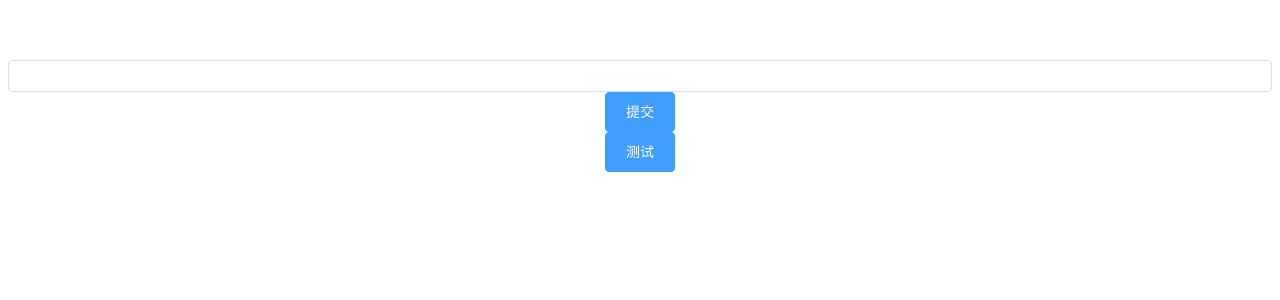
Repository: liuzhilin-lzl/vue-project
Page: /
The author's editor kept a copy of each file at every save. The page is drawn from the files as they stood at one save, then again after a run of saves.
The browser window is 1280 px wide. The pictures show the whole page.
The project was rebuilt for these pictures with package versions that can differ from the ones it lists, and the page was loaded fresh each time.

Above is the page before, as saved 2021-11-20 21:40:04.

After the next 2 saves:
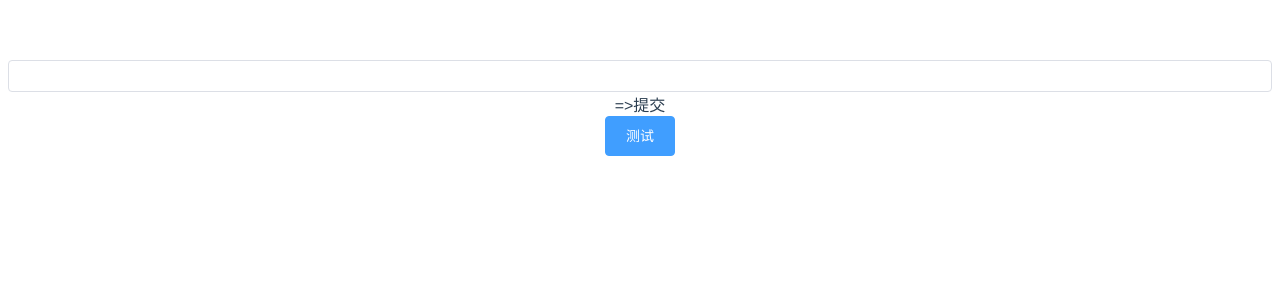
The 2 saves are shown as one change because they came seconds apart.
The last was saved 5 s later.
--- a/src/components/selectModal/InputModal.vue
+++ b/src/components/selectModal/InputModal.vue
@@ -10,7 +10,7 @@
 <template>
   <div>
     <el-input size="small" :value="value" ></el-input>
-    <el-button type="primary" >提交</el-button>
+    <el-button type="primary" @click=>提交</el-button>
   </div>
 </template>
 <script>

After the save that followed:
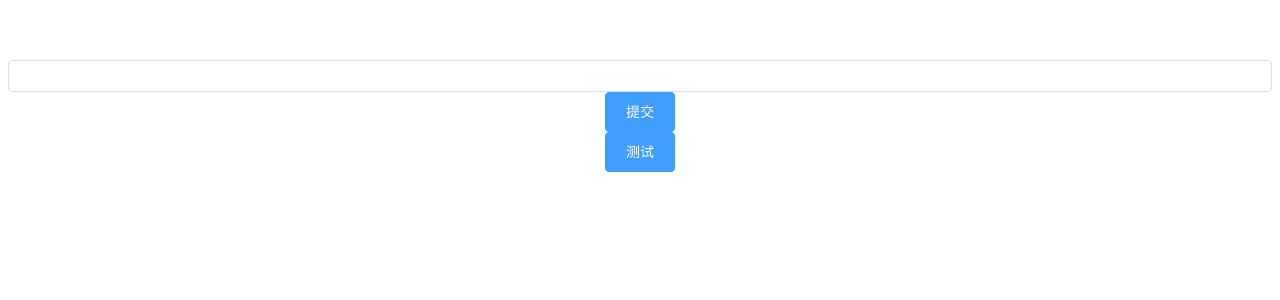
Saved 6 s later.
--- a/src/components/selectModal/InputModal.vue
+++ b/src/components/selectModal/InputModal.vue
@@ -10,7 +10,7 @@
 <template>
   <div>
     <el-input size="small" :value="value" ></el-input>
-    <el-button type="primary" @click=>提交</el-button>
+    <el-button type="primary" @click=updateVal>提交</el-button>
   </div>
 </template>
 <script>
